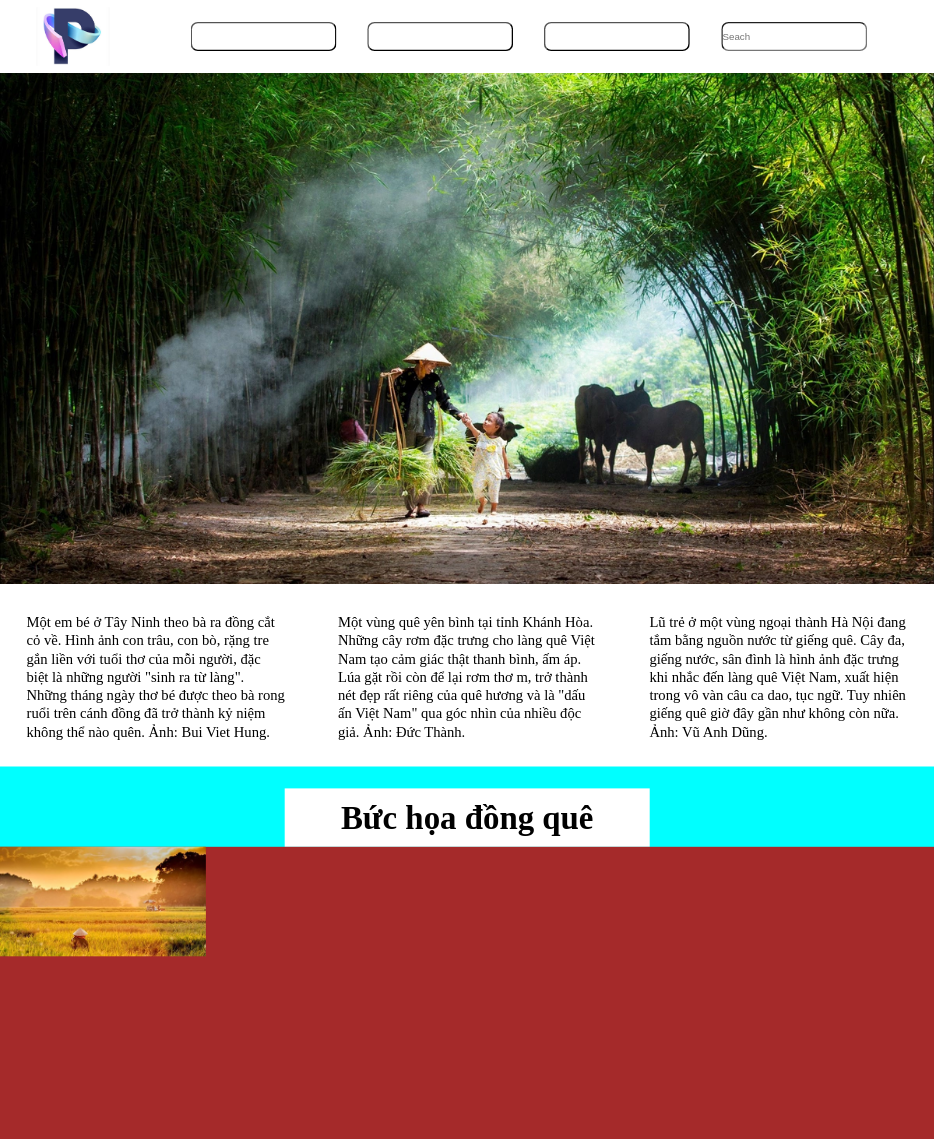
Repository: thinh909thinh/Thi
Page: index.html
An editor plug-in stored every save of this project. The page is shown before and after the next save, followed by the edit.
The browser window is 1280 px wide. The pictures show the whole page, at 73% of full size.

Above is the page before, as saved 2022-05-13 09:23:59.

### index.html
<!DOCTYPE html>
<html lang="en">
<head>
    <meta charset="UTF-8">
    <meta http-equiv="X-UA-Compatible" content="IE=edge">
    <meta name="viewport" content="width=device-width, initial-scale=1.0">
    <link rel="stylesheet" href="main.css">
    <title>Document</title>
</head>
<body>
    <header>
        <div class="img">
            <img src="./img/logo.jpg" alt="">
        </div>
        <div class="btn_s">
            <button></button>
            <button></button>
            <button></button>
            <input type="text" placeholder="Seach">
        </div>
    </header>
    <section>
        <div class="imgbg">
            <img src="./img/gb.webp" alt="">
        </div>
        <div class="all_text">
            <div class="text">
                <p>Một em bé ở Tây Ninh theo bà ra đồng cắt cỏ về.
                    Hình ảnh con trâu, con bò, rặng tre gắn liền với tuổi thơ của mỗi người,
                     đặc biệt là những người "sinh ra từ làng".
                     Những tháng ngày thơ bé được theo bà rong ruổi trên cánh
                     đồng đã trở thành kỷ niệm không thể nào quên. Ảnh: Bui Viet Hung.</p>
            </div>
            <div class="text">
                <p>
                    Một vùng quê yên bình tại tỉnh Khánh Hòa. Những cây rơm đặc trưng cho làng
                     quê Việt Nam tạo cảm giác thật thanh bình, ấm áp. Lúa gặt rồi còn để lại rơm thơ
                    m, trở thành nét đẹp rất riêng của quê hương và là "dấu ấn Việt Nam" qua
                    góc nhìn của nhiều độc giả. Ảnh: Đức Thành.
                </p>
            </div>
            <div class="text">
                <p>
                    Lũ trẻ ở một vùng ngoại thành Hà Nội đang tắm bằng nguồn nước từ giếng quê. Cây đa, giếng nước,
                     sân đình là hình ảnh đặc trưng khi nhắc đến làng quê Việt Nam,
                     xuất hiện trong vô vàn câu ca dao, tục ngữ. Tuy nhiên giếng quê giờ đây gần như không còn nữa. Ảnh: Vũ Anh Dũng.
                </p>
            </div>
        </div>
        <div class="main">
            <div class="h2">
                <h2>Bức họa đồng quê </h2>
            </div>
            <div class="big_card">
            <div class="card">
                <div class="card_top">
                    <img src="./img/dong_que_1.jpg" alt="">
                </div>
                <div class="card_bot"></div>
            </div>
            </div>
        </div>
    </section>
</body>
</html>

### main.css
*{
    padding: 0;
    margin: 0;
    box-sizing: border-box;
}
header{
    width: 100%;
    height: 100px;
    display: flex;
    justify-content: space-between;
    align-items: center;
}
.btn_s{
    width: 1200px;
    height: 100px;
    display: flex;
    justify-content: space-evenly;
    align-items: center;
    margin-right: 50px;

}
input{
    width: 200px;
    height: 40px;
    border-radius: 10px;
}
.img{
    width: 200px;
    height: 80px;
    margin-left: 50px;
}
.img img{
    width: 100px;
    height: 100%;
    object-fit: cover;
}
button{
    width: 200px;
    height: 40px;
    border-radius: 10px;
    cursor: pointer;
    background-color: white;

}
.imgbg{
    width: 100%;
    height: 700px;
}
.imgbg img{
    width: 100%;
    height: 100%;
    object-fit: cover;
}
.all_text{
    width: 100%;
    height: 250px;
    display: flex;
    justify-content: space-around;
    align-items: center;
}
.all_text .text{
    width: 30%;
    height: 200px;
}
.all_text .text p{
    font-size: 20px;
    line-height: 25px;
    padding: 15px;
}
.main{
    width: 100%;
    height: 500px;
    background-color: aqua;
    padding-top:30px ;
}
.main .h2{
    width: 500px;
    height: 80px;
    background-color: white;
    margin: 0 auto;
    font-size: 30px;
    text-align: center;
    line-height: 80px;

}
.main .big_card{
    width: 100%;
    height: 400px;
    background-color: brown;
}
.main .big_card .card{
    width: 22%;
    height: 100%;
}
.main .big_card .card .card_top{
    width: 100%;
    height:150px ;
}
.main .big_card .card .card_top img{
    width: 100%;
    height: 100%;
    object-fit: cover;
}

After the next save:
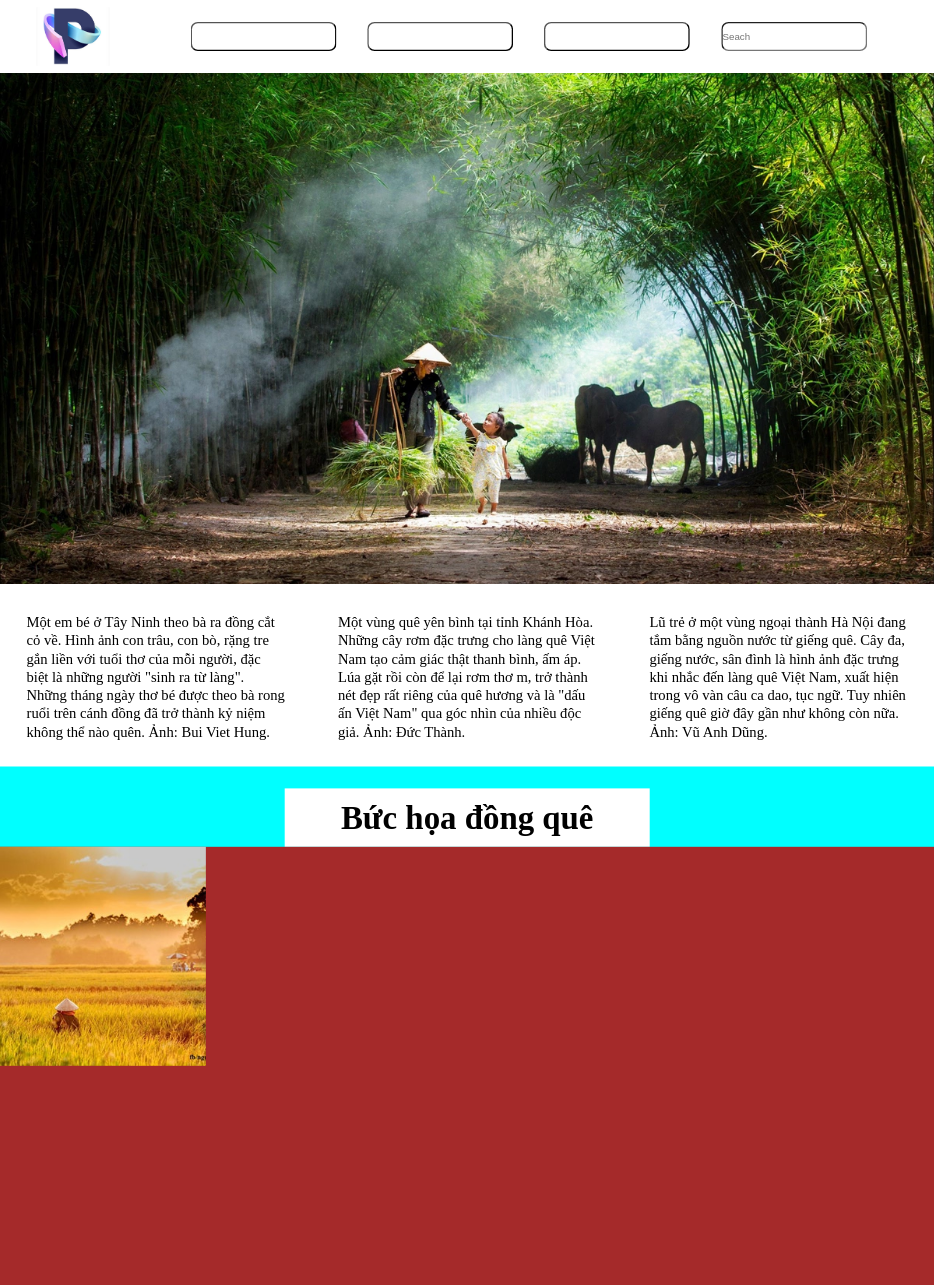
Saved 25 s later.
--- a/main.css
+++ b/main.css
@@ -69,7 +69,7 @@
 }
 .main{
     width: 100%;
-    height: 500px;
+    height: 700px;
     background-color: aqua;
     padding-top:30px ;
 }
@@ -85,7 +85,7 @@
 }
 .main .big_card{
     width: 100%;
-    height: 400px;
+    height: 600px;
     background-color: brown;
 }
 .main .big_card .card{
@@ -94,7 +94,7 @@
 }
 .main .big_card .card .card_top{
     width: 100%;
-    height:150px ;
+    height:300px ;
 }
 .main .big_card .card .card_top img{
     width: 100%;
